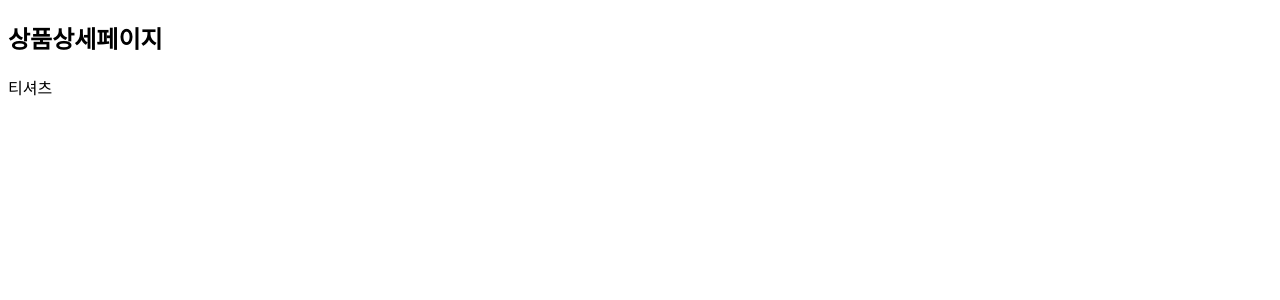
Repository: GTEM0/Acorn-classEdue2-java2-
Page: http://localhost/acorntblPrj230905/itemDetail
An editor plug-in stored every save of this project. The page is shown before and after the next save, followed by the edit.
The browser window is 1280 px wide. The pictures show the whole page.
The page is served by Tomcat 9. Other server files are loaded and not shown.

Above is the page before, as saved 2023-09-05 03:45:17.

### acorntblPrj230905/src/main/webapp/WEB-INF/views/itemDetail.jsp
<%@ page language="java" contentType="text/html; charset=UTF-8"
    pageEncoding="UTF-8"%>
<!DOCTYPE html>
<html>
<head>
<meta charset="UTF-8">
<title>Insert title here</title>
</head>
<body>

<h2>상품상세페이지</h2>

<%
String item = (String)request.getAttribute("item");
%>


<%= item %>
</body>
</html>

### acorntblPrj230905/src/main/java/acorntblPrj230905/ItemDetailServlet.java
package cartPrj;

import java.io.IOException;

import javax.servlet.ServletException;
import javax.servlet.annotation.WebServlet;
import javax.servlet.http.HttpServlet;
import javax.servlet.http.HttpServletRequest;
import javax.servlet.http.HttpServletResponse;

@WebServlet("/itemDetail")
public class ItemDetailServlet extends HttpServlet{

	@Override
	protected void doGet(HttpServletRequest req, HttpServletResponse resp) throws ServletException, IOException {

		//상품정보가져오기
		//서비스, dao

		//모델심기
		String item = "티셔츠";
		req.setAttribute("item", item);
		req.getRequestDispatcher("WEB-INF/views/itemDetail.jsp").forward(req, resp);

	}

}

After the next save:
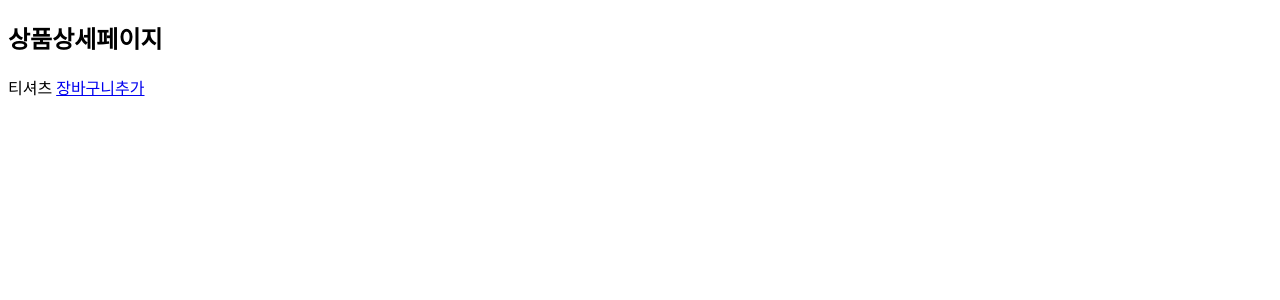
Saved 39 s later.
--- a/acorntblPrj230905/src/main/webapp/WEB-INF/views/itemDetail.jsp
+++ b/acorntblPrj230905/src/main/webapp/WEB-INF/views/itemDetail.jsp
@@ -16,5 +16,7 @@ String item = (String)request.getAttribute("item");
 
 
 <%= item %>
+
+<a href = "/cartPrj/addCart"> 장바구니추가</a>
 </body>
 </html>
